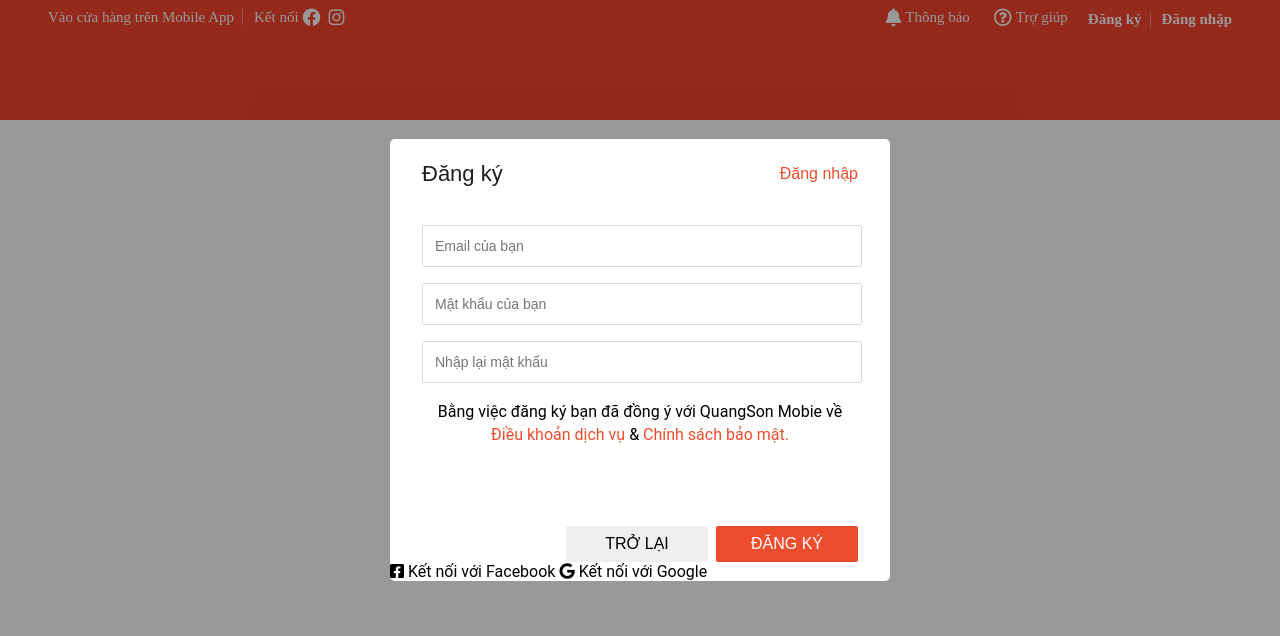
Repository: Qson412/BTL_Web
Page: index.html
The author's editor kept a copy of each file at every save. The page is drawn from the files as they stood at one save, then again after the next save.
The browser window is 1280 px wide. The pictures show the whole page.

Above is the page before, as saved 2021-11-29 17:11:19.

After the next save:
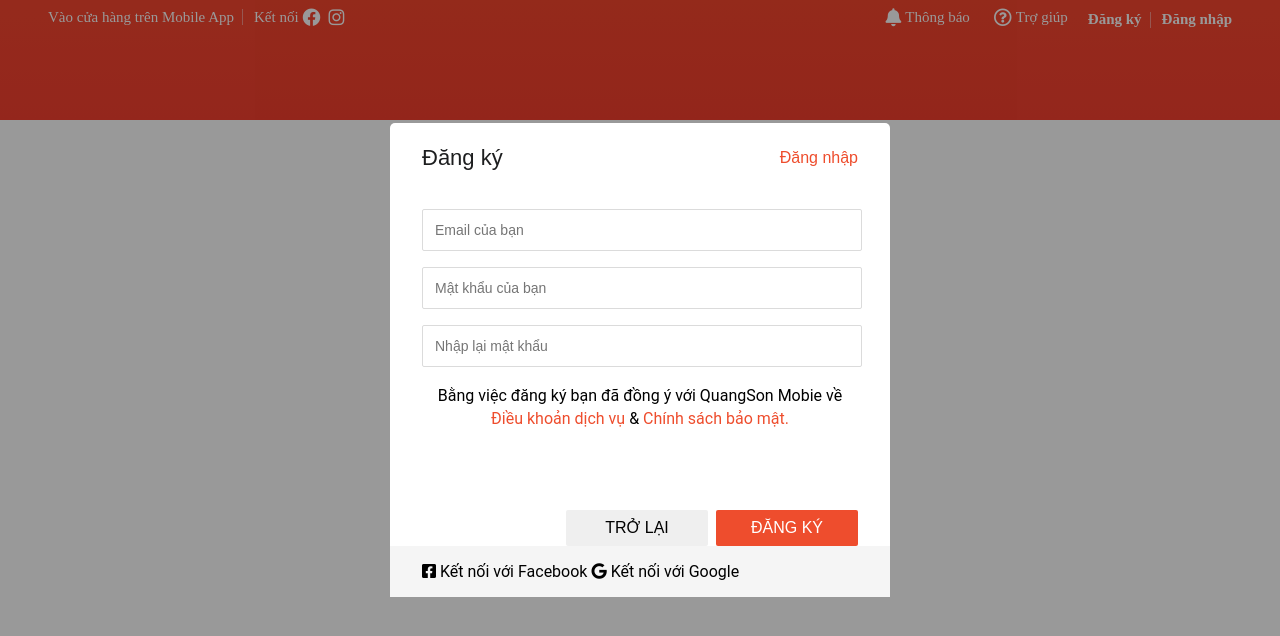
Saved 86 s later.
--- a/main.css
+++ b/main.css
@@ -310,5 +310,6 @@
     margin-right: 8px;
 }
 .auth-form__socials{
-
-}
+   background-color: #f5f5f5;
+   padding: 16px 32px;
+}
